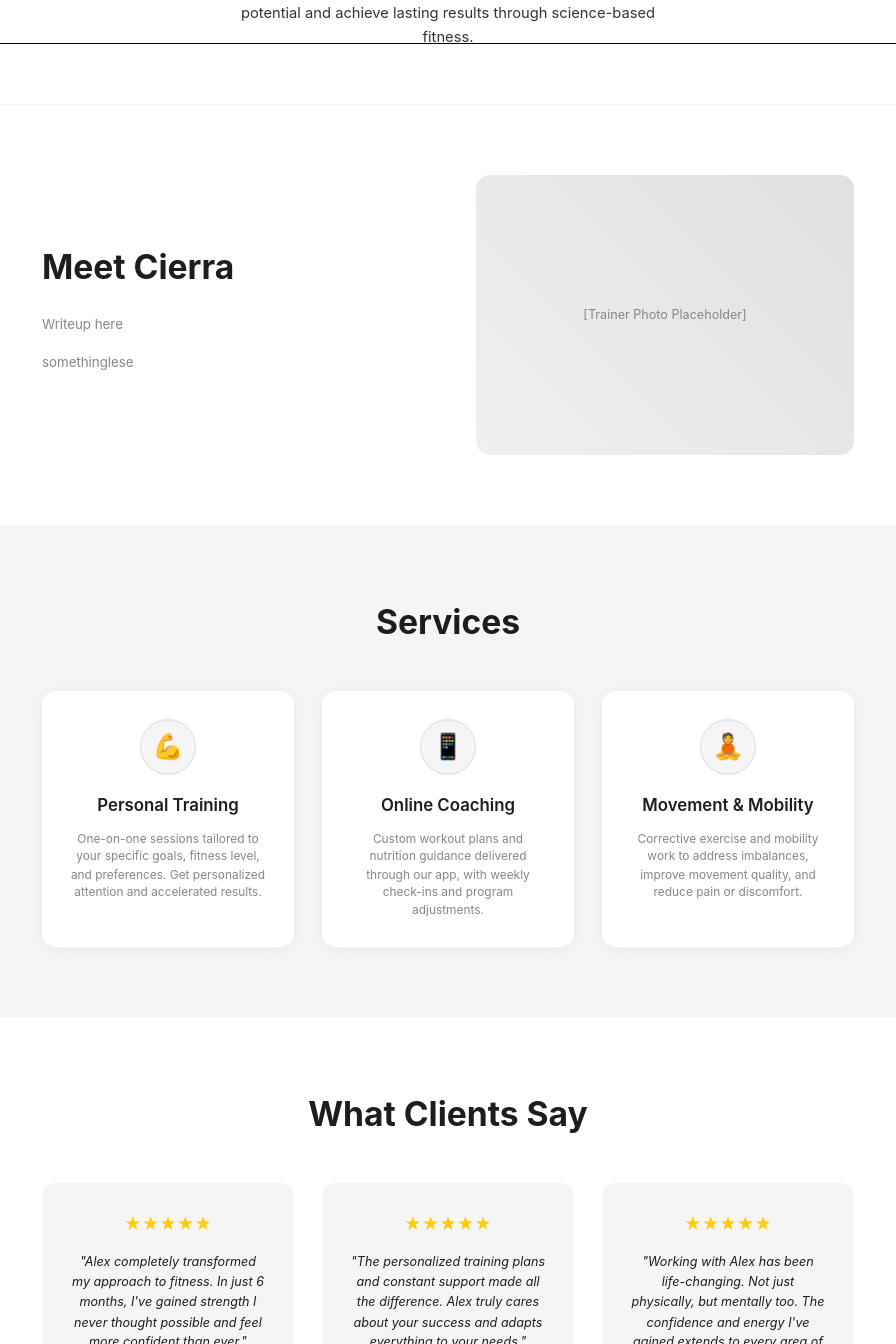
Repository: Hinuix/Ear-Website
Page: index.html
An editor plug-in stored every save of this project. The page is shown before and after the next save, followed by the edit.
The browser window is 1280 px wide. The pictures show the part of the page from y = 303 to 2223 px (the page is 4317 px tall before and 4326 px after), at 70% of full size.

Above is the page before, as saved 2025-08-10 12:14:10.

### index.html
<!DOCTYPE html>
<html lang="en">
<head>
    <meta charset="UTF-8">
    <meta name="viewport" content="width=device-width, initial-scale=1.0">
    <title>Alex Cooper - Personal Training</title>
    <style>
        * {
            margin: 0;
            padding: 0;
            box-sizing: border-box;
        }

        body {
            font-family: -apple-system, BlinkMacSystemFont, 'Segoe UI', Roboto, sans-serif;
            line-height: 1.6;
            color: #1d1d1f;
            background: #f5f5f7;
        }

        .container {
            max-width: 1200px;
            margin: 0 auto;
            padding: 0 20px;
        }

        /* Header */
        header {
            background: rgba(255, 255, 255, 0.8);
            backdrop-filter: blur(20px);
            position: fixed;
            top: 0;
            width: 100%;
            z-index: 1000;
            border-bottom: 1px solid rgba(0, 0, 0, 0.1);
        }

        nav {
            display: flex;
            justify-content: space-between;
            align-items: center;
            padding: 15px 20px;
            max-width: 1200px;
            margin: 0 auto;
        }

        .logo {
            font-size: 24px;
            font-weight: 600;
            color: #1d1d1f;
        }

        .nav-links {
            display: flex;
            list-style: none;
            gap: 30px;
        }

        .nav-links a {
            text-decoration: none;
            color: #1d1d1f;
            font-weight: 400;
            transition: color 0.3s ease;
        }

        .nav-links a:hover {
            color: #86868b;
        }

        /* Hero Section */
        .hero {
            background: white;
            color: #1d1d1f;
            text-align: center;
            padding: 120px 0 80px;
            margin-top: 70px;
            border-bottom: 1px solid #e5e5e7;
        }

        .hero h1 {
            font-size: 56px;
            font-weight: 700;
            margin-bottom: 20px;
            line-height: 1.1;
        }

        .hero p {
            font-size: 21px;
            font-weight: 400;
            opacity: 0.9;
            max-width: 600px;
            margin: 0 auto;
        }

        /* About Section */
        .about {
            padding: 100px 0;
            background: white;
        }

        .about-content {
            display: grid;
            grid-template-columns: 1fr 1fr;
            gap: 80px;
            align-items: center;
        }

        .about-text h2 {
            font-size: 48px;
            font-weight: 700;
            margin-bottom: 30px;
            color: #1d1d1f;
        }

        .about-text p {
            font-size: 19px;
            color: #86868b;
            margin-bottom: 25px;
            line-height: 1.5;
        }

        .about-image {
            background: linear-gradient(45deg, #f0f0f0, #e0e0e0);
            height: 400px;
            border-radius: 20px;
            display: flex;
            align-items: center;
            justify-content: center;
            font-size: 18px;
            color: #86868b;
        }

        /* Services Section */
        .services {
            padding: 100px 0;
            background: #f5f5f7;
        }

        .services h2 {
            text-align: center;
            font-size: 48px;
            font-weight: 700;
            margin-bottom: 60px;
            color: #1d1d1f;
        }

        .services-grid {
            display: grid;
            grid-template-columns: repeat(auto-fit, minmax(300px, 1fr));
            gap: 40px;
        }

        .service-card {
            background: white;
            padding: 40px;
            border-radius: 20px;
            text-align: center;
            box-shadow: 0 4px 20px rgba(0, 0, 0, 0.05);
            transition: transform 0.3s ease, box-shadow 0.3s ease;
        }

        .service-card:hover {
            transform: translateY(-5px);
            box-shadow: 0 8px 30px rgba(0, 0, 0, 0.1);
        }

        .service-icon {
            width: 80px;
            height: 80px;
            background: #f5f5f7;
            border: 2px solid #e5e5e7;
            border-radius: 50%;
            display: flex;
            align-items: center;
            justify-content: center;
            margin: 0 auto 25px;
            font-size: 36px;
            color: #1d1d1f;
        }

        .service-card h3 {
            font-size: 24px;
            font-weight: 600;
            margin-bottom: 15px;
            color: #1d1d1f;
        }

        .service-card p {
            font-size: 17px;
            color: #86868b;
            line-height: 1.5;
        }

        /* Testimonials Section */
        .testimonials {
            padding: 100px 0;
            background: white;
        }

        .testimonials h2 {
            text-align: center;
            font-size: 48px;
            font-weight: 700;
            margin-bottom: 60px;
            color: #1d1d1f;
        }

        .testimonials-grid {
            display: grid;
            grid-template-columns: repeat(auto-fit, minmax(350px, 1fr));
            gap: 40px;
        }

        .testimonial-card {
            background: #f5f5f7;
            padding: 40px;
            border-radius: 20px;
            text-align: center;
            transition: transform 0.3s ease;
        }

        .testimonial-card:hover {
            transform: translateY(-5px);
        }

        .stars {
            font-size: 24px;
            color: #ffcc02;
            margin-bottom: 20px;
        }

        .testimonial-card p {
            font-size: 18px;
            color: #1d1d1f;
            font-style: italic;
            line-height: 1.6;
            margin-bottom: 25px;
        }

        .testimonial-author {
            border-top: 1px solid #e5e5e7;
            padding-top: 20px;
        }

        .testimonial-author strong {
            display: block;
            font-size: 17px;
            color: #1d1d1f;
            margin-bottom: 5px;
        }

        .testimonial-author span {
            font-size: 15px;
            color: #86868b;
        }

        /* Contact Section */
        .contact {
            padding: 100px 0;
            background: white;
        }

        .contact h2 {
            text-align: center;
            font-size: 48px;
            font-weight: 700;
            margin-bottom: 20px;
            color: #1d1d1f;
        }

        .contact-subtitle {
            text-align: center;
            font-size: 21px;
            color: #86868b;
            margin-bottom: 60px;
        }

        .contact-form {
            max-width: 600px;
            margin: 0 auto;
        }

        .form-group {
            margin-bottom: 30px;
        }

        .form-group label {
            display: block;
            font-size: 17px;
            font-weight: 600;
            color: #1d1d1f;
            margin-bottom: 8px;
        }

        .form-group input,
        .form-group textarea {
            width: 100%;
            padding: 15px 20px;
            border: 1px solid #d2d2d7;
            border-radius: 12px;
            font-size: 17px;
            font-family: inherit;
            transition: border-color 0.3s ease, box-shadow 0.3s ease;
            background: #fbfbfd;
        }

        .form-group input:focus,
        .form-group textarea:focus {
            outline: none;
            border-color: #86868b;
            box-shadow: 0 0 0 3px rgba(134, 134, 139, 0.1);
        }

        .form-group textarea {
            height: 120px;
            resize: vertical;
        }

        .submit-btn {
            background: #1d1d1f;
            color: white;
            border: none;
            padding: 15px 40px;
            border-radius: 12px;
            font-size: 17px;
            font-weight: 600;
            cursor: pointer;
            transition: transform 0.2s ease, box-shadow 0.3s ease;
            width: 100%;
        }

        .submit-btn:hover {
            transform: translateY(-2px);
            box-shadow: 0 8px 25px rgba(29, 29, 31, 0.2);
        }

        /* Instagram Section */
        .instagram {
            padding: 100px 0;
            background: #f5f5f7;
        }

        .instagram h2 {
            text-align: center;
            font-size: 48px;
            font-weight: 700;
            margin-bottom: 60px;
            color: #1d1d1f;
        }

        .instagram-scroll {
            display: flex;
            gap: 20px;
            overflow-x: auto;
            padding: 20px 0;
            scroll-behavior: smooth;
        }

        .instagram-scroll::-webkit-scrollbar {
            height: 8px;
        }

        .instagram-scroll::-webkit-scrollbar-track {
            background: #e5e5e7;
            border-radius: 4px;
        }

        .instagram-scroll::-webkit-scrollbar-thumb {
            background: #d2d2d7;
            border-radius: 4px;
        }

        .instagram-scroll::-webkit-scrollbar-thumb:hover {
            background: #b0b0b0;
        }

        .instagram-post {
            min-width: 300px;
            height: 300px;
            background: white;
            border-radius: 20px;
            overflow: hidden;
            box-shadow: 0 4px 20px rgba(0, 0, 0, 0.05);
            transition: transform 0.3s ease;
            cursor: pointer;
        }

        .instagram-post:hover {
            transform: scale(1.05);
        }

        .instagram-post img {
            width: 100%;
            height: 100%;
            object-fit: cover;
        }

        /* Footer */
        footer {
            background: #1d1d1f;
            color: white;
            text-align: center;
            padding: 60px 0;
        }

        footer p {
            font-size: 17px;
            opacity: 0.8;
        }

        /* Responsive */
        @media (max-width: 768px) {
            .nav-links {
                display: none;
            }

            .hero h1 {
                font-size: 40px;
            }

            .hero p {
                font-size: 19px;
            }

            .about-content {
                grid-template-columns: 1fr;
                gap: 40px;
            }

            .about h2,
            .services h2,
            .contact h2,
            .instagram h2 {
                font-size: 36px;
            }

            .services-grid {
                grid-template-columns: 1fr;
            }

            .instagram-post {
                min-width: 250px;
                height: 250px;
            }
        }

        /* Animations */
        @keyframes fadeInUp {
            from {
                opacity: 0;
                transform: translateY(30px);
            }
            to {
                opacity: 1;
                transform: translateY(0);
            }
        }

        .fade-in {
            animation: fadeInUp 0.8s ease-out;
        }

        /* Smooth scrolling */
        html {
            scroll-behavior: smooth;
        }
    </style>
</head>
<body>
    <!-- Header -->
    <header>
        <nav>
            <div class="logo">Alex Cooper Fitness</div>
            <ul class="nav-links">
                <li><a href="#about">Meet</a></li>
                <li><a href="#services">Services</a></li>
                <li><a href="#testimonials">Reviews</a></li>
                <li><a href="#instagram">Follow the Journey</a></li>
                <li><a href="#contact">Start Your Journey</a></li>
            </ul>
        </nav>
    </header>

    <!-- Hero Section -->
    <section class="hero">
        <div class="container">
            <h1>Transform Your Life</h1>
            <p>Professional personal training designed to unlock your potential and achieve lasting results through science-based fitness.</p>
        </div>
    </section>

    <!-- About Section -->
    <section class="about" id="about">
        <div class="container">
            <div class="about-content">
                <div class="about-text fade-in">
                    <h2>Meet Cierra</h2>
                    <p>Writeup here</p>
                    <p>somethinglese
                </div>
                <div class="about-image">
                    [Trainer Photo Placeholder]
                </div>
            </div>
        </div>
    </section>

    <!-- Services Section -->
    <section class="services" id="services">
        <div class="container">
            <h2>Services</h2>
            <div class="services-grid">
                <div class="service-card fade-in">
                    <div class="service-icon">💪</div>
                    <h3>Personal Training</h3>
                    <p>One-on-one sessions tailored to your specific goals, fitness level, and preferences. Get personalized attention and accelerated results.</p>
                </div>
                <div class="service-card fade-in">
                    <div class="service-icon">📱</div>
                    <h3>Online Coaching</h3>
                    <p>Custom workout plans and nutrition guidance delivered through our app, with weekly check-ins and program adjustments.</p>
                </div>
                <div class="service-card fade-in">
                    <div class="service-icon">🧘</div>
                    <h3>Movement & Mobility</h3>
                    <p>Corrective exercise and mobility work to address imbalances, improve movement quality, and reduce pain or discomfort.</p>
                </div>
            </div>
        </div>
    </section>

    <!-- Testimonials Section -->
    <section class="testimonials" id="testimonials">
        <div class="container">
            <h2>What Clients Say</h2>
            <div class="testimonials-grid">
                <div class="testimonial-card fade-in">
                    <div class="stars">★★★★★</div>
                    <p>"Alex completely transformed my approach to fitness. In just 6 months, I've gained strength I never thought possible and feel more confident than ever."</p>
                    <div class="testimonial-author">
                        <strong>Sarah M.</strong>
                        <span>Marketing Director</span>
                    </div>
                </div>
                <div class="testimonial-card fade-in">
                    <div class="stars">★★★★★</div>
                    <p>"The personalized training plans and constant support made all the difference. Alex truly cares about your success and adapts everything to your needs."</p>
                    <div class="testimonial-author">
                        <strong>Mike R.</strong>
                        <span>Business Owner</span>
                    </div>
                </div>
                <div class="testimonial-card fade-in">
                    <div class="stars">★★★★★</div>
                    <p>"Working with Alex has been life-changing. Not just physically, but mentally too. The confidence and energy I've gained extends to every area of my life."</p>
                    <div class="testimonial-author">
                        <strong>Jennifer L.</strong>
                        <span>Teacher</span>
                    </div>
                </div>
            </div>
        </div>
    </section>

    <!-- Instagram Section -->
    <section class="instagram" id="instagram">
        <div class="container">
            <h2>Follow the Journey</h2>
            <div class="instagram-scroll" id="instagramFeed">
                <!-- Instagram posts will be loaded here -->
            </div>
        </div>
    </section>

    <!-- Contact Section -->
    <section class="contact" id="contact">
        <div class="container">
            <h2>Start Your Journey</h2>
            <p class="contact-subtitle">Ready to take the first step? Let's discuss your goals and create a plan that works for you.</p>
            <form class="contact-form" id="contactForm">
                <div class="form-group">
                    <label for="name">Name</label>
                    <input type="text" id="name" name="name" required>
                </div>
                <div class="form-group">
                    <label for="email">Email</label>
                    <input type="email" id="email" name="email" required>
                </div>
                <div class="form-group">
                    <label for="phone">Phone</label>
                    <input type="tel" id="phone" name="phone">
                </div>
                <div class="form-group">
                    <label for="goals">Your Fitness Goals</label>
                    <textarea id="goals" name="goals" placeholder="Tell me about what you'd like to achieve..."></textarea>
                </div>
                <button type="submit" class="submit-btn">Get Started</button>
            </form>
        </div>
    </section>

    <!-- Footer -->
    <footer>
        <div class="container">
            <p>&copy; 2025 Alex Cooper Fitness. Transforming lives through fitness.</p>
        </div>
    </footer>

    <script>
        // Smooth scrolling for navigation links
        document.querySelectorAll('a[href^="#"]').forEach(anchor => {
            anchor.addEventListener('click', function (e) {
                e.preventDefault();
                const target = document.querySelector(this.getAttribute('href'));
                if (target) {
                    target.scrollIntoView({
                        behavior: 'smooth',
                        block: 'start'
                    });
                }
            });
        });

        // Form submission
        document.getElementById('contactForm').addEventListener('submit', function(e) {
            e.preventDefault();

            // Get form data
            const formData = new FormData(this);
            const data = Object.fromEntries(formData);

            // Simple validation
            if (!data.name || !data.email) {
                alert('Please fill in your name and email.');
                return;
            }

            // Simulate form submission
            alert('Thank you for your interest! I\'ll get back to you within 24 hours.');
            this.reset();
        });

        // Instagram feed simulation with sample fitness images
        const instagramPosts = [
            {
                id: 1,
                image: 'https://images.unsplash.com/photo-1571019613454-1cb2f99b2d8b?w=300&h=300&fit=crop&crop=center',
                alt: 'Workout session'
            },
            {
                id: 2,
                image: 'https://images.unsplash.com/photo-1581009146145-b5ef050c2e1e?w=300&h=300&fit=crop&crop=center',
                alt: 'Gym training'
            },
            {
                id: 3,
                image: 'https://images.unsplash.com/photo-1534438327276-14e5300c3a48?w=300&h=300&fit=crop&crop=center',
                alt: 'Fitness motivation'
            },
            {
                id: 4,
                image: 'https://images.unsplash.com/photo-1517836357463-d25dfeac3438?w=300&h=300&fit=crop&crop=center',
                alt: 'Gym equipment'
            },
            {
                id: 5,
                image: 'https://images.unsplash.com/photo-1583454110551-21f2fa2afe61?w=300&h=300&fit=crop&crop=center',
                alt: 'Personal training'
            },
            {
                id: 6,
                image: 'https://images.unsplash.com/photo-1550345332-09e3ac987658?w=300&h=300&fit=crop&crop=center',
                alt: 'Fitness lifestyle'
            },
            {
                id: 7,
                image: 'https://images.unsplash.com/photo-1571019613454-1cb2f99b2d8b?w=300&h=300&fit=crop&crop=center',
                alt: 'Training session'
            },
            {
                id: 8,
                image: 'https://images.unsplash.com/photo-1506629905607-c8bb1ee42cc6?w=300&h=300&fit=crop&crop=center',
                alt: 'Outdoor fitness'
            }
        ];

        // Load Instagram posts
        function loadInstagramPosts() {
            const instagramFeed = document.getElementById('instagramFeed');

            instagramPosts.forEach(post => {
                const postElement = document.createElement('div');
                postElement.className = 'instagram-post';
                postElement.innerHTML = `<img src="${post.image}" alt="${post.alt}" loading="lazy">`;

                // Add click handler to simulate Instagram link
                postElement.addEventListener('click', () => {
                    window.open('https://instagram.com', '_blank');
                });

                instagramFeed.appendChild(postElement);
            });
        }

        // Intersection Observer for fade-in animations
        const observerOptions = {
            threshold: 0.1,
            rootMargin: '0px 0px -50px 0px'
        };

        const observer = new IntersectionObserver((entries) => {
            entries.forEach(entry => {
                if (entry.isIntersecting) {
                    entry.target.style.opacity = '1';
                    entry.target.style.transform = 'translateY(0)';
                }
            });
        }, observerOptions);

        // Initialize when page loads
        document.addEventListener('DOMContentLoaded', function() {
            loadInstagramPosts();

            // Observe fade-in elements
            document.querySelectorAll('.fade-in').forEach(el => {
                el.style.opacity = '0';
                el.style.transform = 'translateY(30px)';
                el.style.transition = 'opacity 0.8s ease, transform 0.8s ease';
                observer.observe(el);
            });
        });

        // Parallax effect for hero section
        window.addEventListener('scroll', () => {
            const scrolled = window.pageYOffset;
            const hero = document.querySelector('.hero');
            if (hero) {
                hero.style.transform = `translateY(${scrolled * 0.5}px)`;
            }
        });
    </script>
</body>
</html>

After the next save:
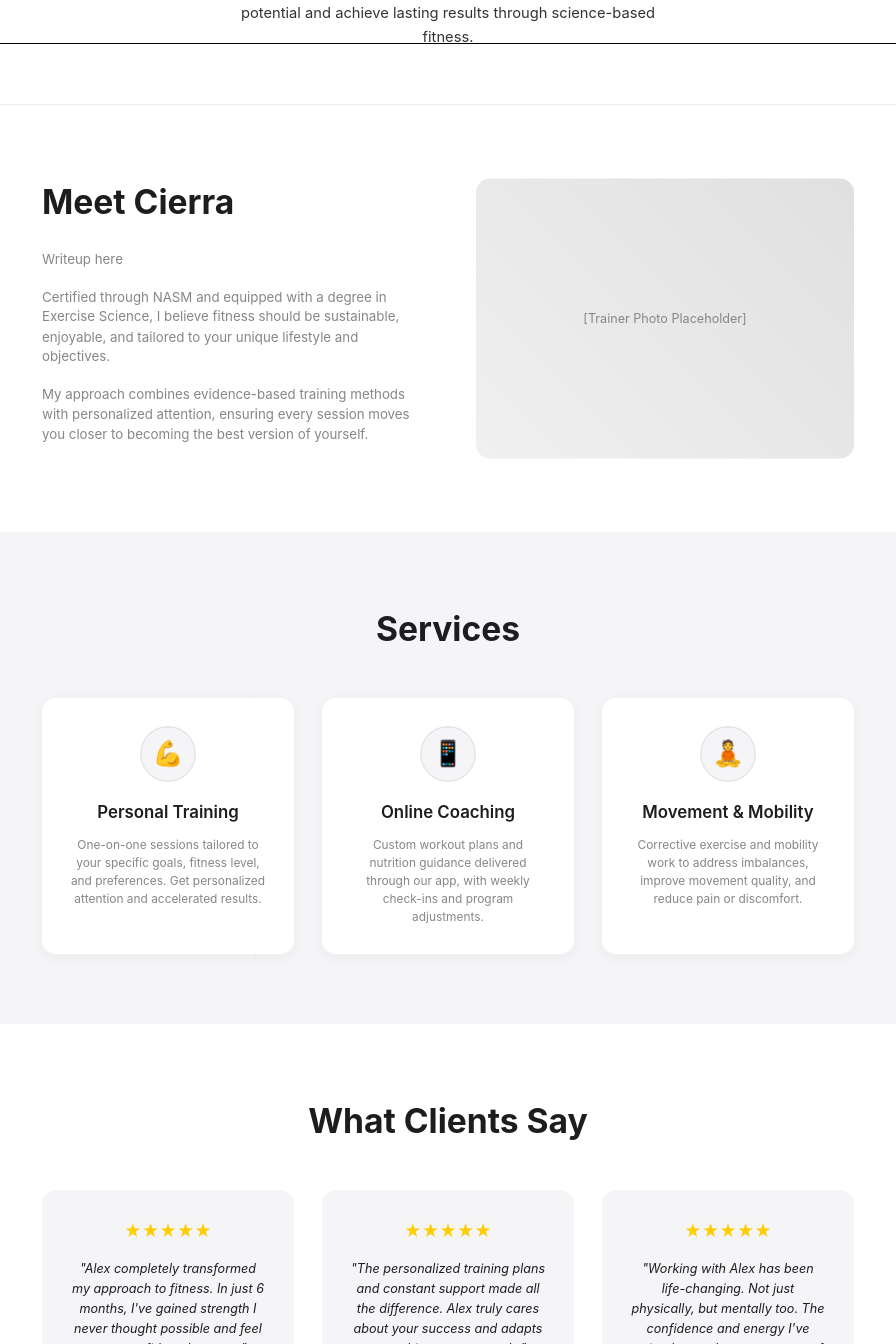
Saved 8 s later.
--- a/index.html
+++ b/index.html
@@ -496,7 +496,8 @@
                 <div class="about-text fade-in">
                     <h2>Meet Cierra</h2>
                     <p>Writeup here</p>
-                    <p>somethinglese
+                    <p>Certified through NASM and equipped with a degree in Exercise Science, I believe fitness should be sustainable, enjoyable, and tailored to your unique lifestyle and objectives.</p>
+                    <p>My approach combines evidence-based training methods with personalized attention, ensuring every session moves you closer to becoming the best version of yourself.</p>
                 </div>
                 <div class="about-image">
                     [Trainer Photo Placeholder]
